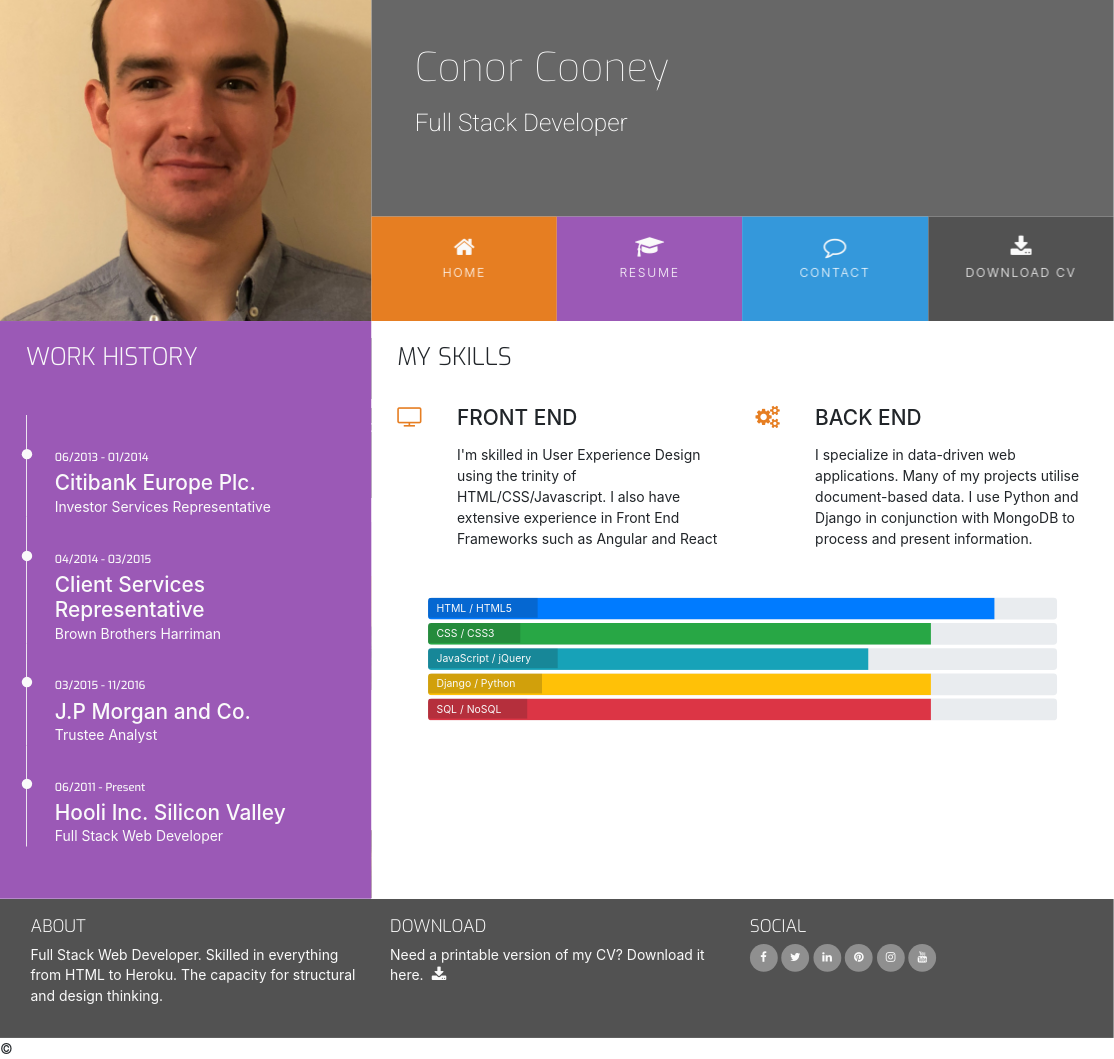
Repository: ConorTC1990/CONORCOONEY
Page: resume.html
The author's editor kept a record of every edit. The page is drawn from the files as they stood at one moment, then again after the next edit.
The browser window is 1280 px wide. The pictures show the whole page, at 87% of full size.
Some web libraries are served in a nearby version.

Above is the page before.

After the next edit:
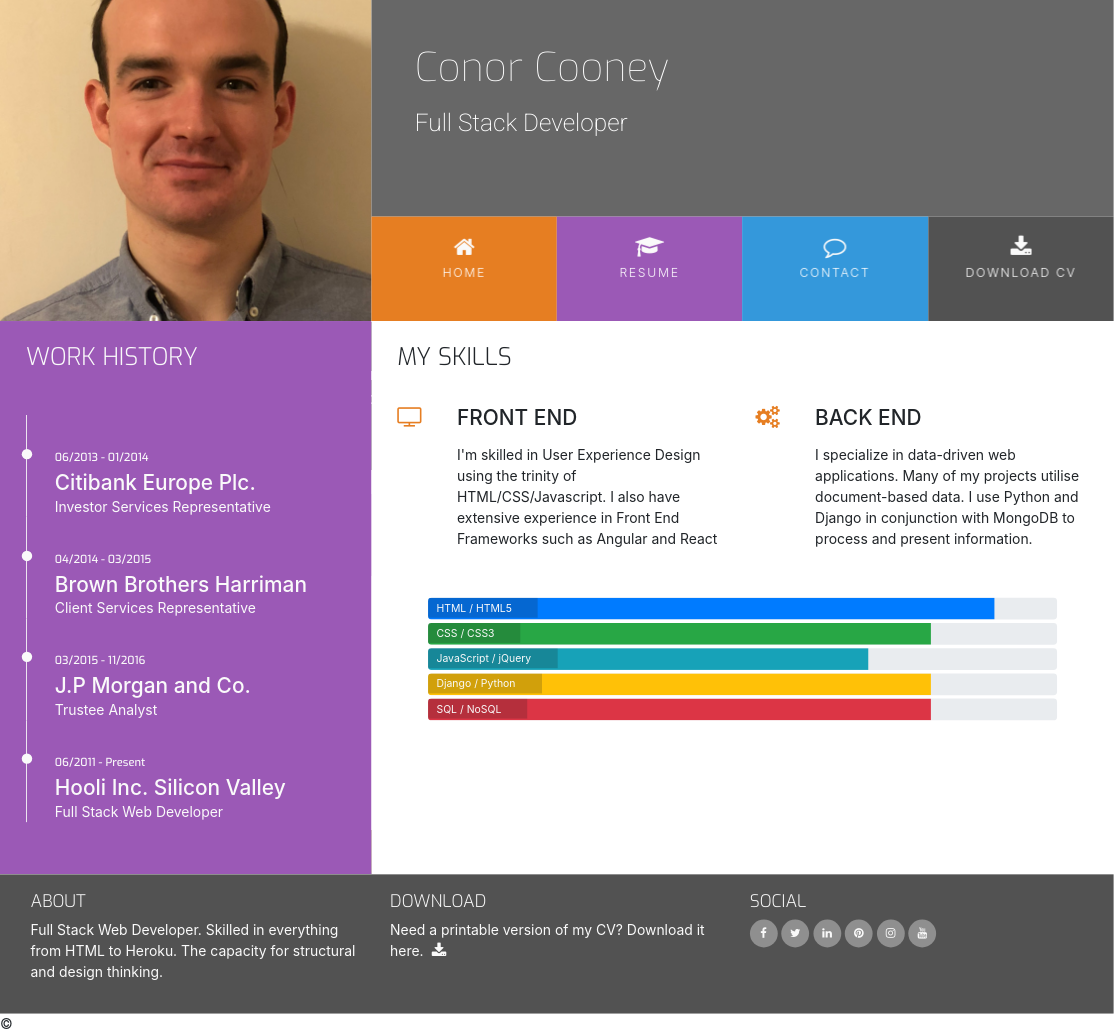
The edit:
--- a/resume.html
+++ b/resume.html
@@ -58,8 +58,8 @@
                         <p>Investor Services Representative</p>
                     </div>
                     <div class="timeline-item" data-dates="04/2014 - 03/2015">
-                        <h4>Client Services Representative</h4>
-                        <p>Brown Brothers Harriman</p>
+                        <h4>Brown Brothers Harriman </h4>
+                        <p>Client Services Representative</p>
                     </div>
                     <div class="timeline-item" data-dates="03/2015 - 11/2016">
                         <h4>J.P Morgan and Co.</h4>
